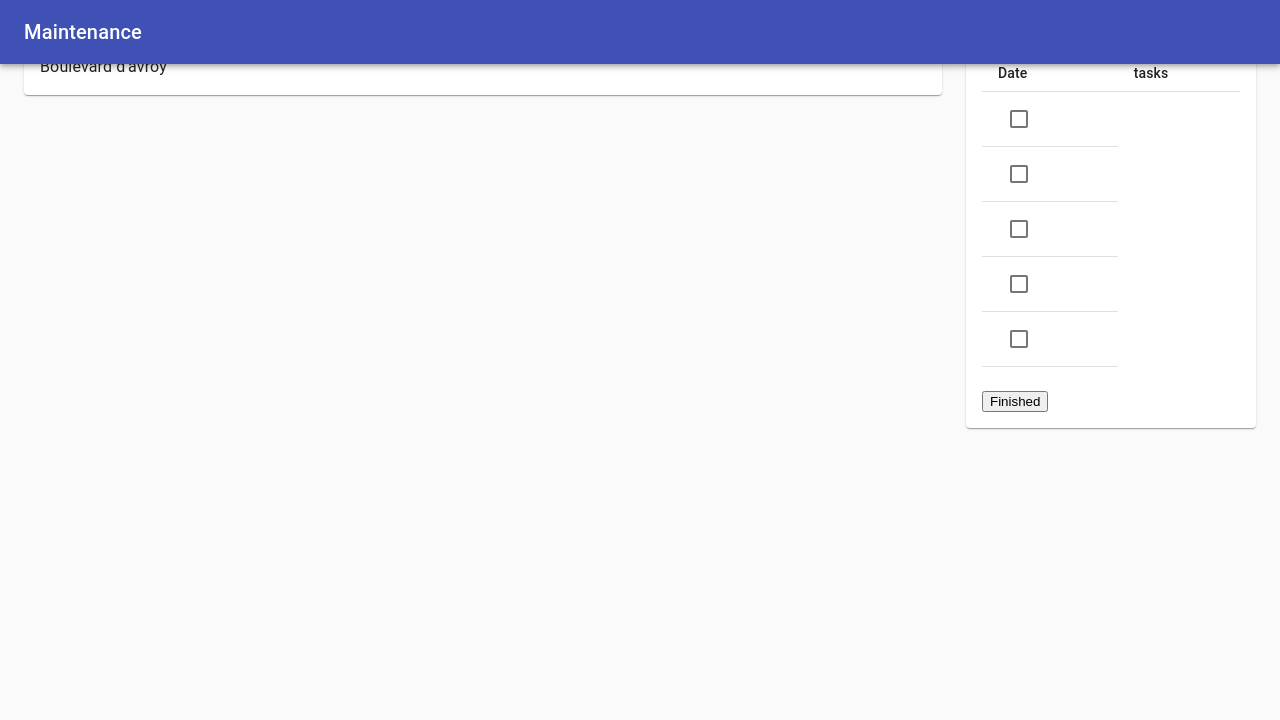
Repository: sapbrussels/intelligenthighway_webapp
Page: /Maintenance (app in router/)
The author's editor kept a copy of each file at every save. The page is drawn from the files as they stood at one save, then again after the next save.
The browser window is 1280 px wide. The pictures show the whole page.
The project was rebuilt for these pictures with package versions that can differ from the ones it lists, and the page was loaded fresh each time. Also part of the build but not shown: router/src/App.css, router/src/Login.js, router/src/Maps.js, router/src/Jobspage.js.

Above is the page before, as saved 2020-03-26 15:39:02.

After the next save:
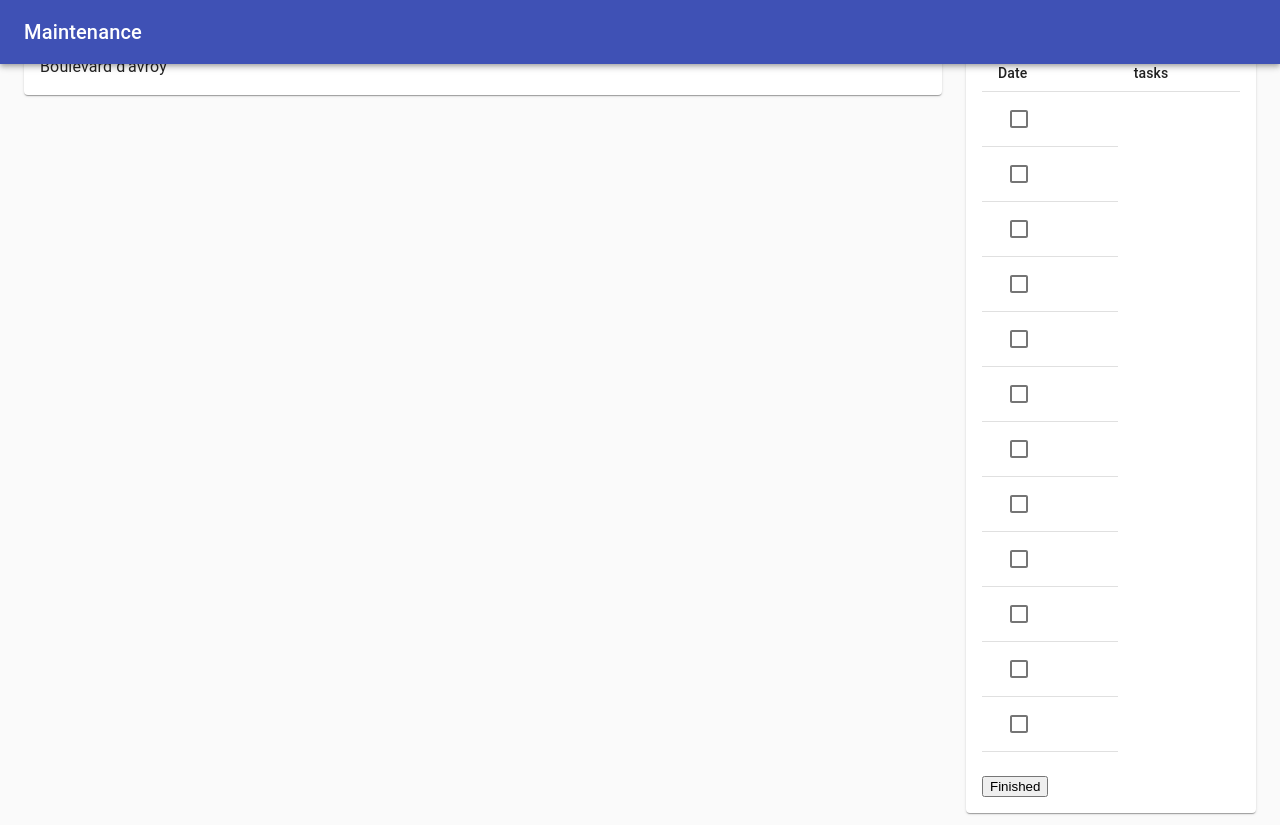
Saved 5 min 18 s later.
--- a/router/src/Checklist.js
+++ b/router/src/Checklist.js
@@ -15,11 +15,18 @@
 }
 
 const rows = [
-  createData(0, <Checkbox></Checkbox>),
-  createData(1, <Checkbox></Checkbox>),
-  createData(2, <Checkbox></Checkbox>),
-  createData(3, <Checkbox></Checkbox>),
-  createData(4, <Checkbox></Checkbox>),
+  createData(0, <Checkbox>Turn all switches OFF & ON to stop dust build up</Checkbox>),
+  createData(1, <Checkbox>turn all circuit-breakers OFF and reset</Checkbox>),
+  createData(2, <Checkbox>Check for high resistance joints</Checkbox>),
+  createData(3, <Checkbox>clean PE cell faces then cover to test functionnality</Checkbox>),
+  createData(4, <Checkbox>check MEN and earthing</Checkbox>),
+  createData(0, <Checkbox>Luminaire cleaning and inspection</Checkbox>),
+  createData(1, <Checkbox>Inspect for any sign of vermin damage in the cabinet</Checkbox>),
+  createData(2, <Checkbox>Remove grafitit on cabinet</Checkbox>),
+  createData(3, <Checkbox>Trim all trees that interfere with solar-panels and light output of lulinaires</Checkbox>),
+  createData(4, <Checkbox>Check all support structures for their integreties</Checkbox>),
+  createData(3, <Checkbox>Installation, maintenance and replacement of post indentification label </Checkbox>),
+  createData(4, <Checkbox>Installation, maintenace and replacement of supply point indentification labels</Checkbox>),
 ];
 
 
